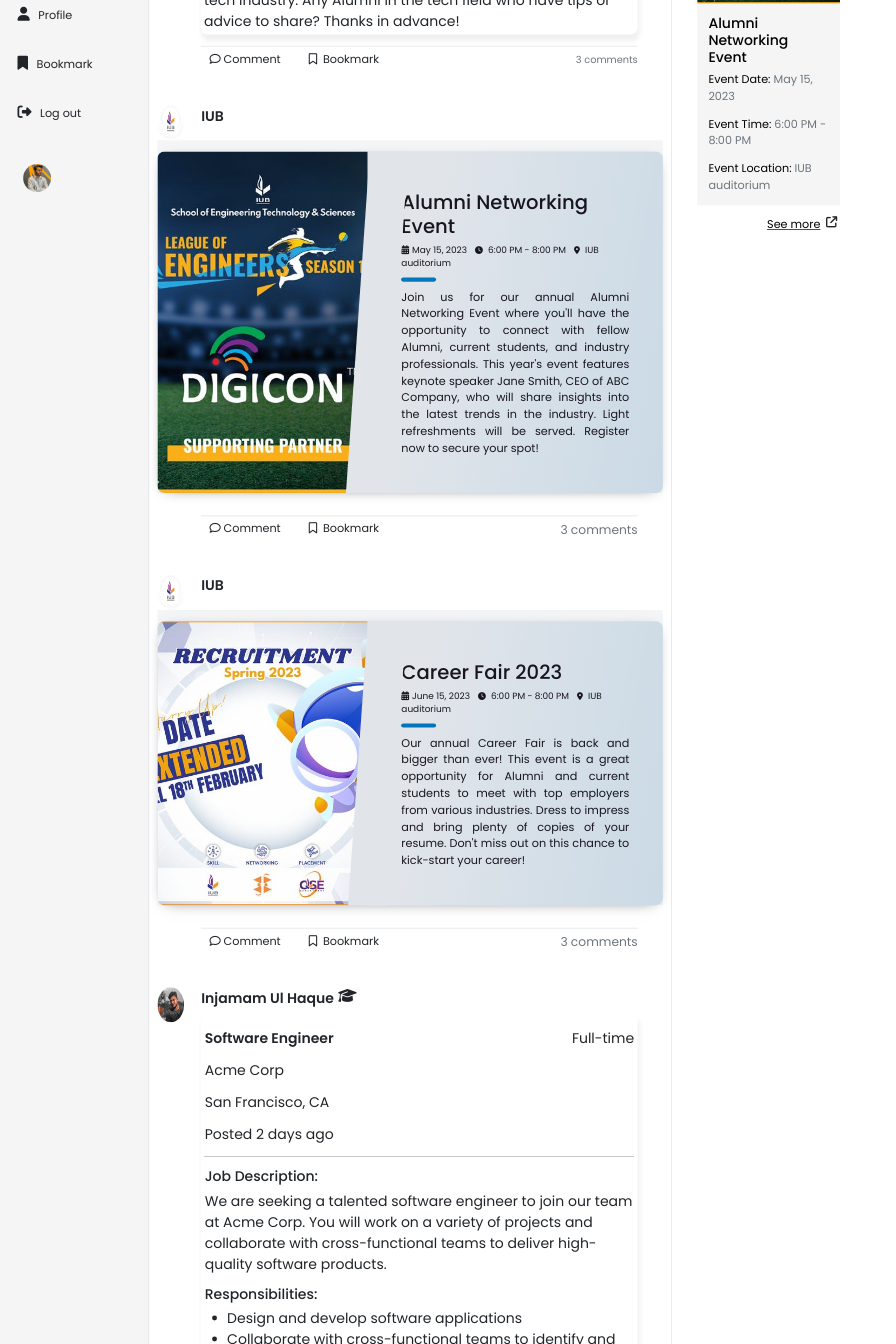
Repository: injamam00155/IUB_Alumni_Bridge
Page: Frontend/student/home.html
The author's editor kept a copy of each file at every save. The page is drawn from the files as they stood at one save, then again after the next save.
The browser window is 1280 px wide. The pictures show the part of the page from y = 418 to 2338 px (the page is 2875 px tall before and 3019 px after), at 70% of full size.
Some web fonts or font styles are not loaded; a fallback is used. Some web libraries are served in a nearby version.

Above is the page before, as saved 2023-04-04 22:01:15.

After the next save:
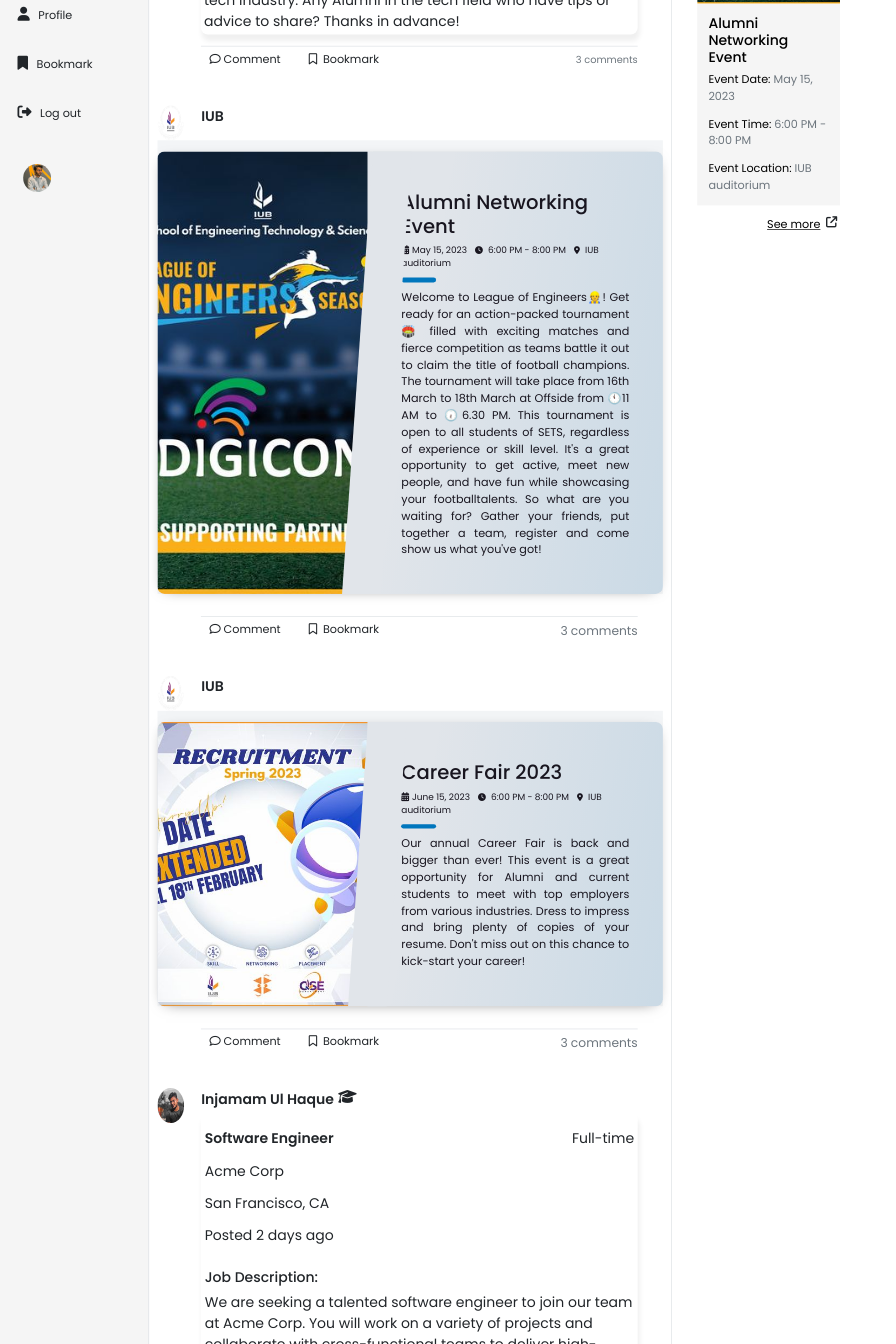
Saved 3 min 57 s later.
--- a/Frontend/student/home.html
+++ b/Frontend/student/home.html
@@ -293,14 +293,18 @@
                           </div>
                           <div class="postcard__bar"></div>
                           <div class="postcard__preview-txt">
-                            Join us for our annual Alumni Networking Event where
-                            you'll have the opportunity to connect with fellow
-                            Alumni, current students, and industry
-                            professionals. This year's event features keynote
-                            speaker Jane Smith, CEO of ABC Company, who will
-                            share insights into the latest trends in the
-                            industry. Light refreshments will be served.
-                            Register now to secure your spot!
+                            Welcome to League of Engineers👷!
+                            Get ready for an action-packed tournament🏟️
+                            filled with exciting matches and fierce competition
+                            as teams battle it out to claim the title of football
+                            champions. The tournament will take place from 16th March
+                            to 18th March at Offside from 🕚11 AM to 🕡6.30 PM.
+                            This tournament is open to all students of SETS, regardless
+                            of experience or skill level. It's a great opportunity
+                            to get active, meet new people, and have fun
+                            while showcasing your footballtalents.
+                            So what are you waiting for? Gather your friends, put together a team,
+                            register and come show us what you've got!
                           </div>
                         </div>
                       </article>
